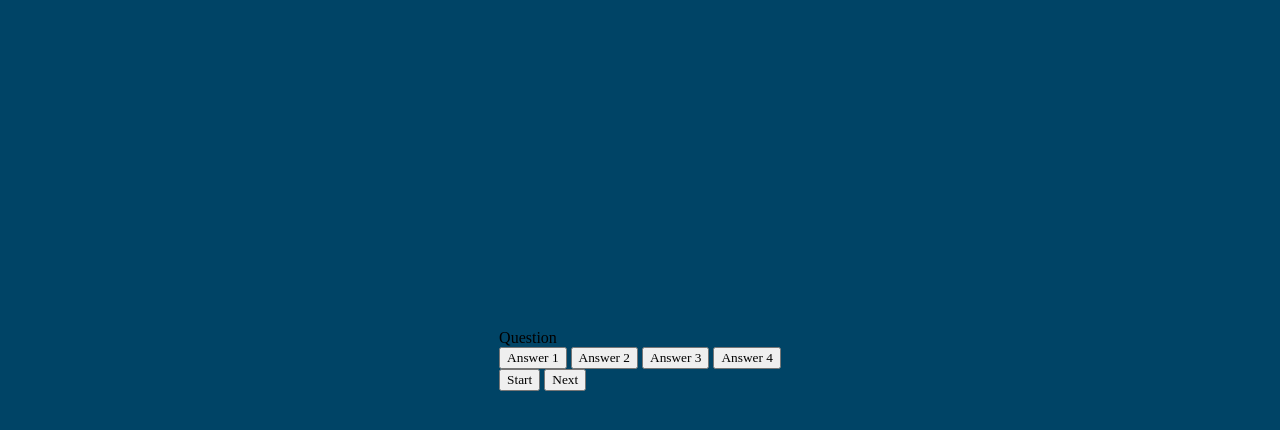
Repository: DaNiels89/quiz-js
Page: index.html
These files come from the project's save history. The page is drawn as it stood at one moment and after the next save; the edit follows.
The browser window is 1280 px wide. The pictures show the whole page.

Above is the page before, as saved 2020-06-22 09:44:42.

After the next save:
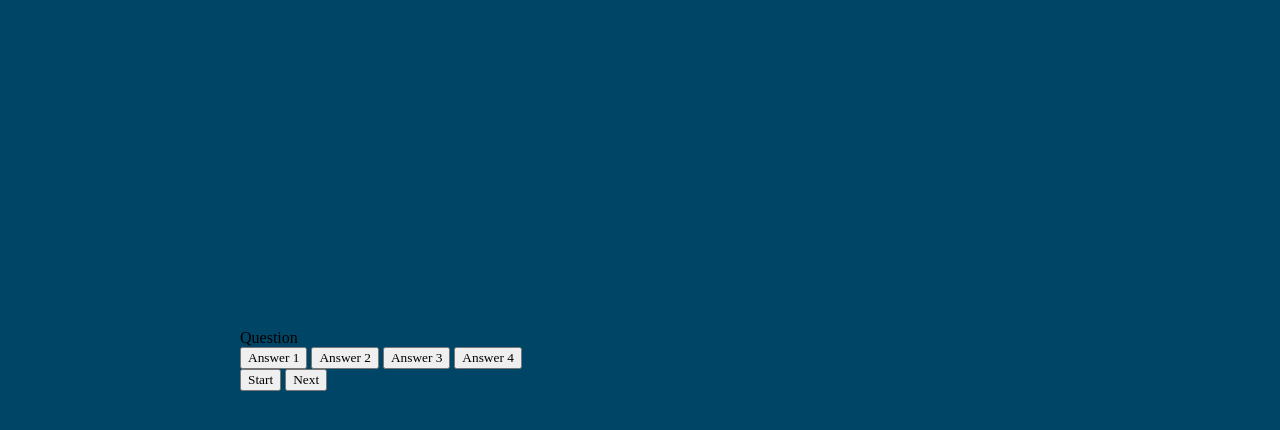
Saved 88 s later.
--- a/css/styles.css
+++ b/css/styles.css
@@ -28,3 +28,8 @@ body.correct {
 body.wrong {
     --hue: var(--hue-wrong);
 }
+
+.container {
+    width: 800px;
+    max-width: 80%;
+}
